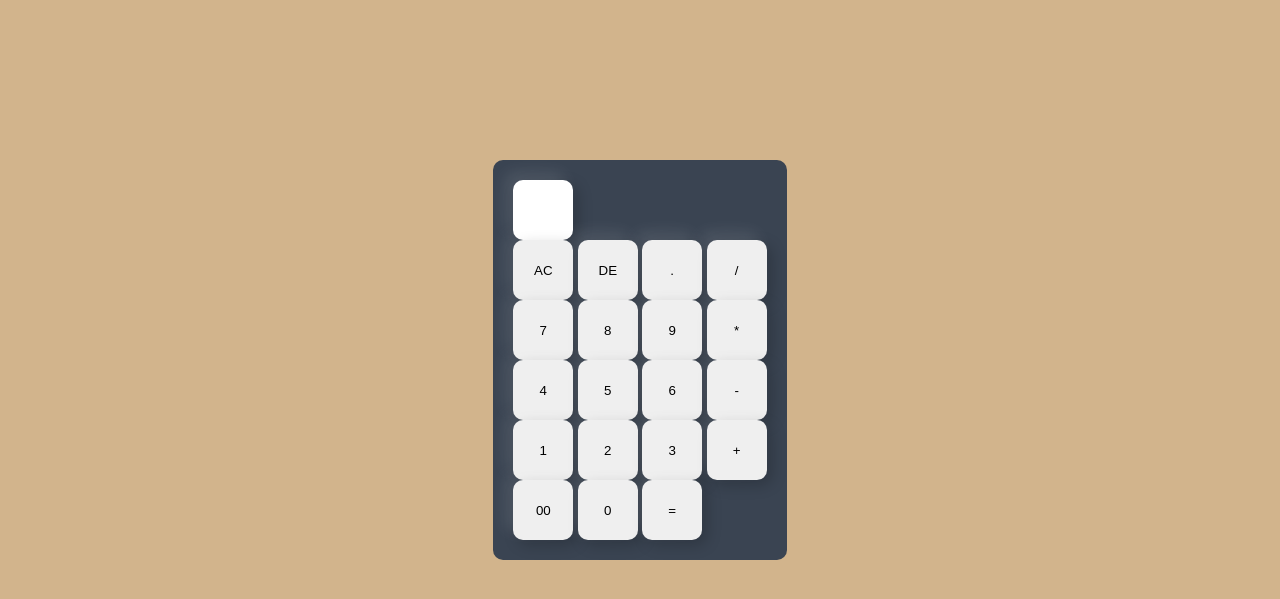
Repository: Anureet23/Calculator
Page: index.html
The author's editor kept a copy of each file at every save. The page is drawn from the files as they stood at one save, then again after a run of saves.
The browser window is 1280 px wide. The pictures show the whole page.

Above is the page before, as saved 2023-02-07 22:55:58.

After the next 3 saves:
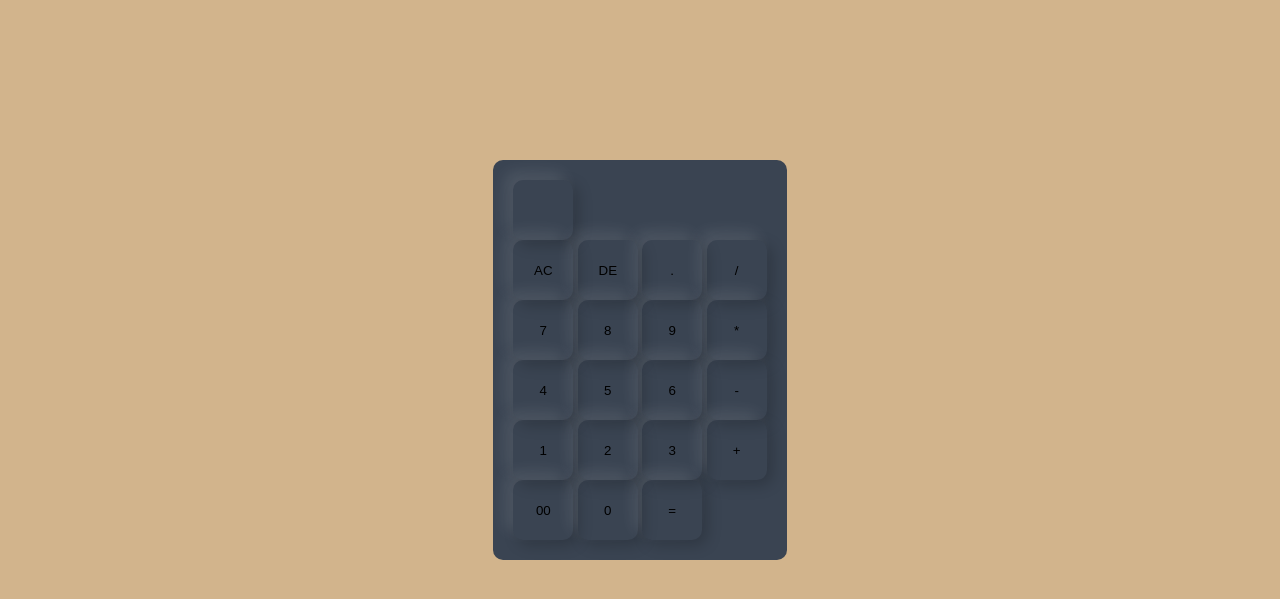
The 3 saves are shown as one change because they came seconds apart.
The last was saved 8 s later.
--- a/style.css
+++ b/style.css
@@ -25,5 +25,6 @@
     width: 60px;
     height: 60px;
     border-radius:10px;
-    box-shadow: -8px -8px 15px rgba(255,255,255,0.1), 5px 5px 15px rgba(0,0,0,0.2) ;4
+    box-shadow: -8px -8px 15px rgba(255,255,255,0.1), 5px 5px 15px rgba(0,0,0,0.2) ;
+    background:transparent;
 }
